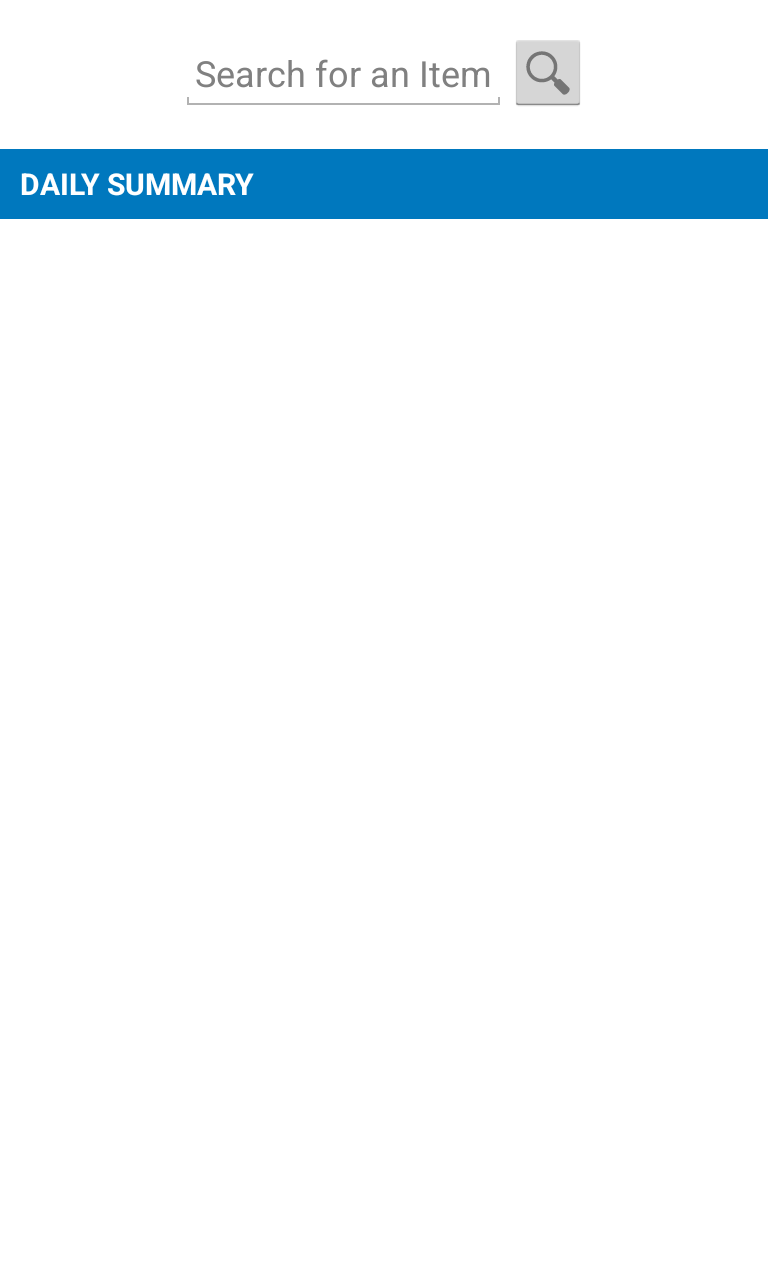
Repository: JieD/nutriy
Layout: NutriY/res/layout/fragment_add.xml
The author's editor kept a copy of each file at every save. The layout is drawn from the files as they stood at one save, then again after a run of saves.
It is drawn on a 768 x 1280 px phone screen (xhdpi) without system bars, with theme AppTheme; the app's code is not run.

Above is the layout before, as saved 2014-05-15 21:37:26.

### NutriY/res/layout/fragment_add.xml
<?xml version="1.0" encoding="utf-8"?>
<LinearLayout xmlns:android="http://schemas.android.com/apk/res/android"
    android:layout_width="match_parent"
    android:layout_height="match_parent"
    android:orientation="vertical" >

    <LinearLayout
        android:layout_width="wrap_content"
        android:layout_height="wrap_content"
        android:layout_marginTop="@dimen/activity_vertical_margin"
        android:layout_marginBottom="@dimen/small_vertical_margin"
        android:layout_gravity="center_horizontal">

        <EditText
            android:id="@+id/search_item"
            android:layout_width="wrap_content"
            android:layout_height="wrap_content"
            android:layout_weight="3"
            android:hint="@string/item_hint"
            android:inputType="textAutoCorrect"
            android:padding="@dimen/medium_padding" />

        <ImageButton
            android:layout_width="40dp"
            android:layout_height="match_parent"
            android:layout_gravity="center"
            android:layout_weight="1"
            android:src="@drawable/ic_action_search" />

    </LinearLayout>

    <TextView
        android:id="@+id/summary" android:text="@string/daily_summary"
        android:textStyle="bold" android:textSize="@dimen/medium_text_size"
        android:textColor="@color/white" android:gravity="center_vertical"
        android:layout_width="match_parent" android:layout_height="@dimen/medium_large_entry_height"
        android:layout_marginTop="10dp" android:background="@color/my_blue"
        android:paddingLeft="@dimen/large_padding" />

</LinearLayout>

### NutriY/res/values/colors.xml
<?xml version="1.0" encoding="utf-8"?>
<resources>
    <color name="white">#FFFFFFFF</color>
    <color name="my_green">#FF00BE00</color>
    <color name="my_red">#FFFF0000</color>
    <color name="my_blue">#FF0078BE</color>

    <color name="light_blue">#FFE1EEFF</color>
    <color name="low_light_gray">#FFFAFAFA</color>
    <color name="mid_light_gray">#FFEEEEEE</color>
    <color name="text_gray">#FFAAAAAA</color>

    <color name="empty_pie_blue">#FF8FCEFF</color>
    <color name="pie_blue">#FF0078BE</color>
    <color name="pie_red">#FFFF4444</color>
    <color name="pie_green">#FF99CC00</color>

    <color name="list_background">#FFEEEEEE</color>
    <color name="list_background_pressed">#FF0078BE</color>
</resources>

### NutriY/res/values/dimens.xml
<resources>

    <!-- Default screen margins, per the Android Design guidelines. -->
    <dimen name="activity_horizontal_margin">16dp</dimen>
    <dimen name="activity_vertical_margin">16dp</dimen>
    <dimen name="small_horizontal_margin">8dp</dimen>
    <dimen name="small_vertical_margin">8dp</dimen>

    <dimen name="small_padding">5dp</dimen>
    <dimen name="medium_padding">8dp</dimen>
    <dimen name="large_padding">10dp</dimen>
    <dimen name="extra_large_padding">12dp</dimen>
    <dimen name="navigation_item_padding">20dp</dimen>

    <dimen name="extra_small_text_size">10sp</dimen>
    <dimen name="small_text_size">12sp</dimen>
    <dimen name="medium_text_size">15sp</dimen>
    <dimen name="medium_large_text_size">18sp</dimen>
    <dimen name="large_text_size">20sp</dimen>
    <dimen name="extra_large_text_size">40sp</dimen>

    <dimen name="large_entry_height">50dp</dimen>
    <dimen name="medium_large_entry_height">35dp</dimen>
    <dimen name="medium_entry_height">30dp</dimen>
    <dimen name="small_entry_height">25dp</dimen>
    <dimen name="table_entry_height">20dp</dimen>

</resources>

### NutriY/res/values/strings.xml
<?xml version="1.0" encoding="utf-8"?>
<resources>

    <string name="app_name">NutriY</string>
    <string name="action_settings">Settings</string>

    <string name="date">Today</string>
    <string name="calories_remaining_number">1200</string>
    <string name="calories_remaining">CALORIES REMAINING</string>
    <string name="add_to_diary">Add to Diary</string>
    <string name="goal_calorie_number">1200</string>
    <string name="food_calorie_number">+ 0</string>
    <string name="exercise_calorie_number">- 0</string>
    <string name="net_calorie_number">0</string>
    <string name="uc_goal">GOAL</string>
    <string name="uc_food">FOOD</string>
    <string name="uc_exercise">EXERCISE</string>
    <string name="uc_net">NET</string>
    <string name="goal">Goal</string>
    <string name="total">Total</string>
    <string name="left">Left</string>
    <string name="daily_summary">DAILY SUMMARY</string>
    <string name="total_fat">Total Fat (g)</string>
    <string name="saturated_fat">Saturated (g)</string>
    <string name="trans_fat">Trans (g)</string>
    <string name="cholesterol">Cholesterol (mg)</string>
    <string name="sodium">Sodium (mg)</string>
    <string name="potassium">Potassium (mg)</string>
    <string name="total_carbs">Total Carbs (g)</string>
    <string name="fiber">Dietary Fiber (g)</string>
    <string name="sugar">Sugars (g)</string>
    <string name="protein">Protein (g)</string>
    <string name="vit_A">Vitamin A</string>
    <string name="vit_C">Vitamin C</string>
    <string name="calcium">Calcium</string>
    <string name="iron">Iron</string>
    <string name="default_number">0</string>

    <string name="meals">MEALS</string>
    <string name="water_upcase">WATER</string>
    <string name="notes">NOTES</string>
    <string name="breakfast">Breakfast</string>
    <string name="lunch">Lunch</string>
    <string name="dinner">Dinner</string>
    <string name="snacks">Snacks</string>
    <string name="cardiovascular">Cardiovascular</string>
    <string name="strength">Strength</string>
    <string name="water">Water</string>
    <string name="food_notes">Food Notes</string>
    <string name="exercise_notes">Exercise Notes</string>

    <!-- Add Entry List Headers -->
    <string-array name="add_entry_list_header_array">
        <item>MEALS</item>
        <item>EXERCISE</item>
        <item>WATER</item>
        <item>NOTES</item>
    </string-array>

    <!-- Add Entry List Meal Items -->
    <string-array name="meal_child_array">
        <item>Breakfast</item>
	    <item>Lunch</item>
	    <item>Dinner</item>
	    <item>Snacks</item>
    </string-array>

    <!-- Add Entry List Exercise Items -->
    <string-array name="exercise_child_array">
        <item>Cardiovascular</item>
	    <item>Strength</item>
    </string-array>

    <!-- Add Entry List Water Items -->
    <string-array name="water_child_array">
        <item>Water</item>
    </string-array>

    <!-- Add Entry List Note Items -->
    <string-array name="note_child_array">
        <item>Food Notes</item>
	    <item>Exercise Notes</item>
    </string-array>

    <!-- Nav Drawer Menu Items -->
    <string-array name="navigations_array">
        <item>Home</item>
        <item>Diary</item>
        <item>Nutrition</item>
        <item>Progress</item>
        <item>Goals</item>
        <item>Settings</item>
    </string-array>

    <!-- Nav Drawer List Item Icons -->
    <!-- Keep them in order as the titles are -->
    <array name="nav_drawer_icons">
        <item>@drawable/ic_menu_home</item>
        <item>@drawable/ic_action_collection</item>
        <item>@drawable/ic_action_data_usage</item>
        <item>@drawable/ic_action_picture</item>
        <item>@drawable/ic_action_good</item>
        <item>@drawable/ic_action_settings</item>
    </array>

    <!-- Content Description -->
    <string name="desc_list_item_icon">Item Icon</string>

    <string name="drawer_open">Slider Menu Opened</string>
    <string name="drawer_close">Slider Menu Closed</string>

    <string name="calorie_breakdown">CALORIE BREAKDOWN</string>
    <string name="Carbohydrates">Carbohydrates</string>
    <string name="Fat">Fat</string>
    <string name="Protein">Protein</string>
    <string name="carbs_goal">50 %</string>
    <string name="fat_goal">30 %</string>
    <string name="protein_goal">20 %</string>

	<string name="item_hint">Search for an Item</string>
</resources>

Loaded but not shown: NutriY/res/values/styles.xml (common file); NutriY/res/values-v11/styles.xml (common file); NutriY/res/values-v14/styles.xml (common file)

After the next 3 saves:
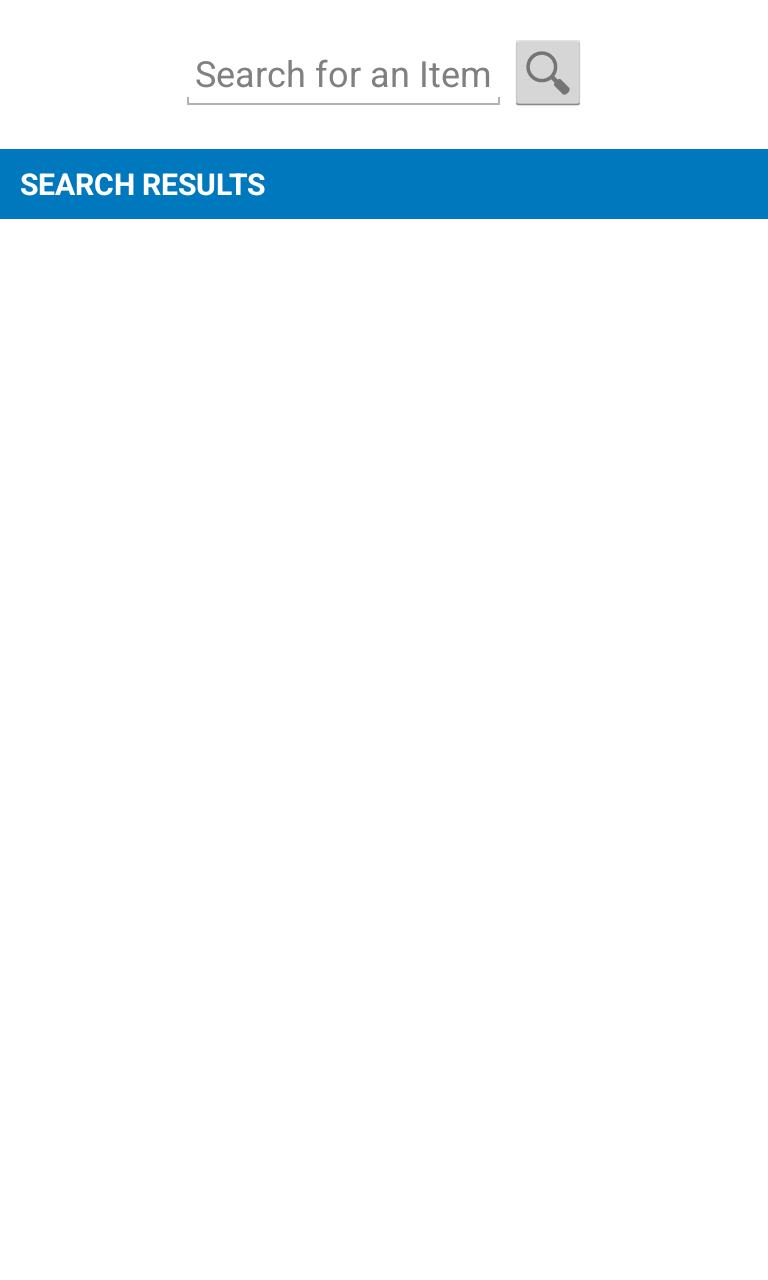
The 3 saves are shown as one change because 2 did not build or start.
The last was saved 80 s later.
--- a/NutriY/res/layout/fragment_add.xml
+++ b/NutriY/res/layout/fragment_add.xml
@@ -30,7 +30,7 @@
     </LinearLayout>
 
     <TextView
-        android:id="@+id/summary" android:text="@string/daily_summary"
+        android:text="@string/search_results"
         android:textStyle="bold" android:textSize="@dimen/medium_text_size"
         android:textColor="@color/white" android:gravity="center_vertical"
         android:layout_width="match_parent" android:layout_height="@dimen/medium_large_entry_height"
--- a/NutriY/res/values/strings.xml
+++ b/NutriY/res/values/strings.xml
@@ -118,4 +118,5 @@
     <string name="protein_goal">20 %</string>
 
 	<string name="item_hint">Search for an Item</string>
+	<string name="search_results">SEARCH RESULTS</string>
 </resources>
